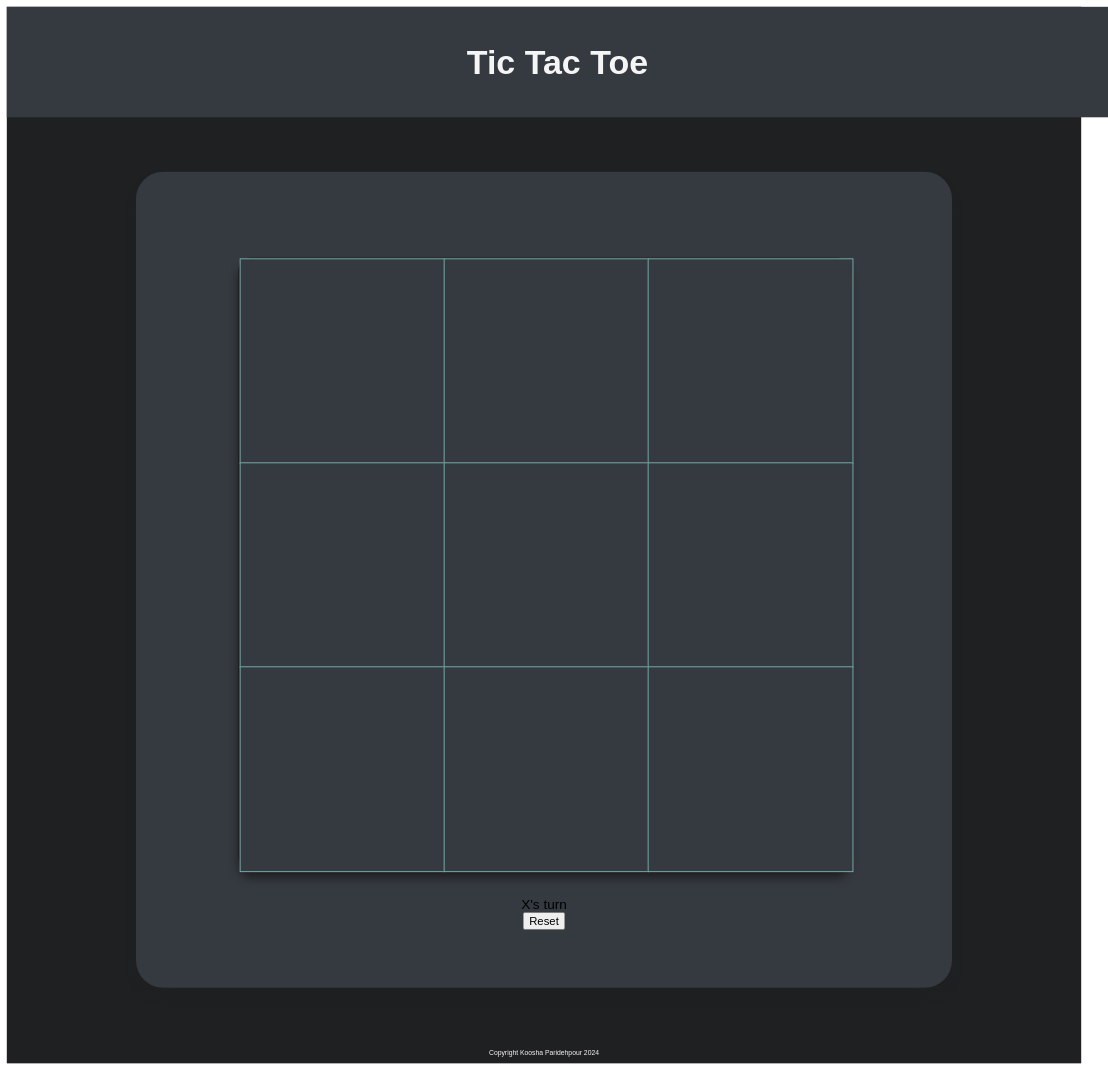
Repository: KooshaPari/odin-TTT
Page: index.html
These files come from the project's save history. The page is drawn as it stood at one moment and after the next save; the edit follows.
The browser window is 1280 px wide. The page is 1304 px wide, so the pictures cover 1304 px, including what lies to the right of the window. The pictures show the whole page, at 85% of full size.

Above is the page before, as saved 2024-03-14 22:53:17.

After the next save:
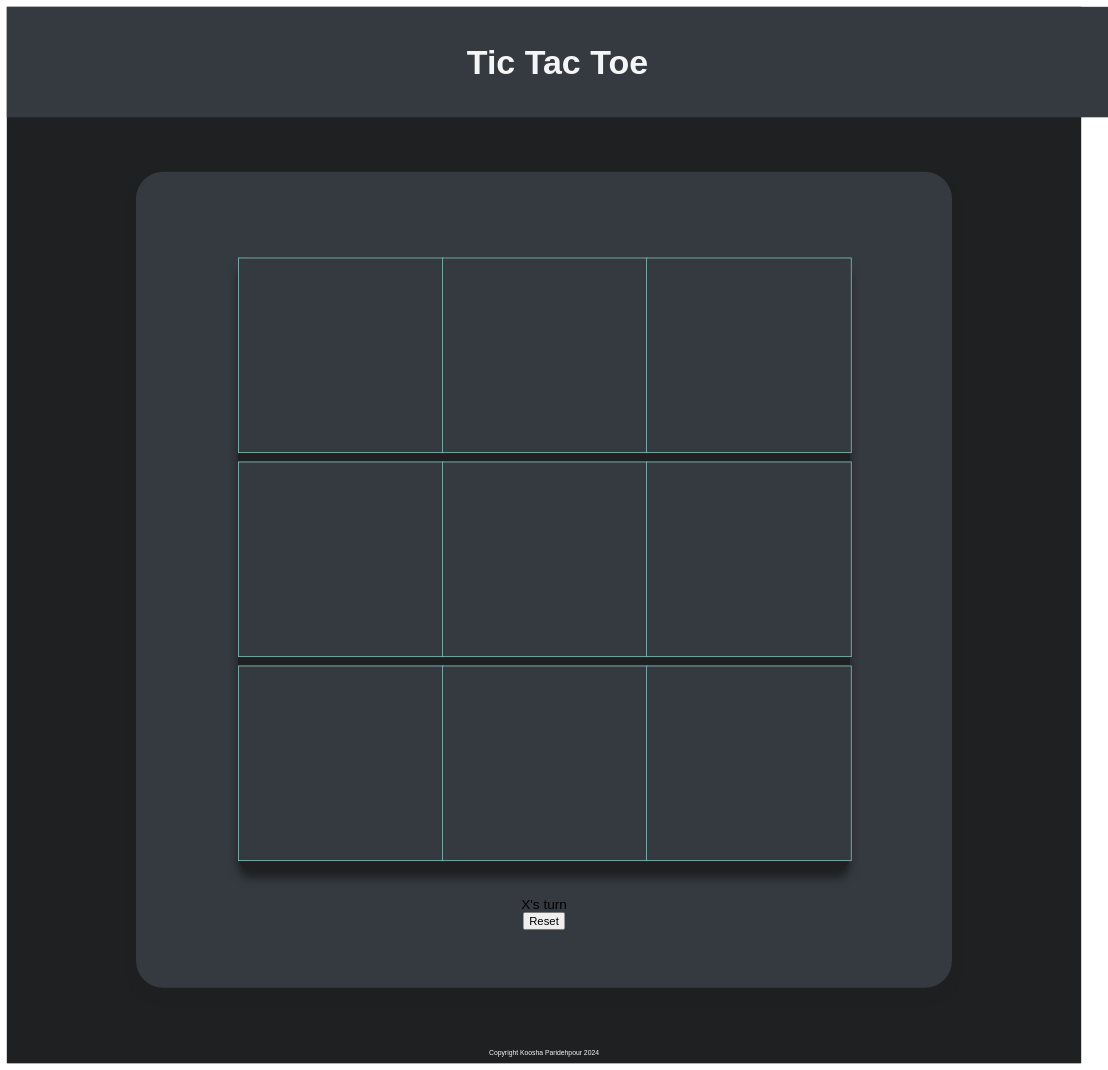
Saved 24 s later.
--- a/style.css
+++ b/style.css
@@ -101,8 +101,7 @@
 }
 .square {
   border: 0.1px solid #7ebab5;
-  margin: 0.1em;
   width: 100%;
-  height: 100%;
+  height: 95%;
   background-color: #353a40;
 }
